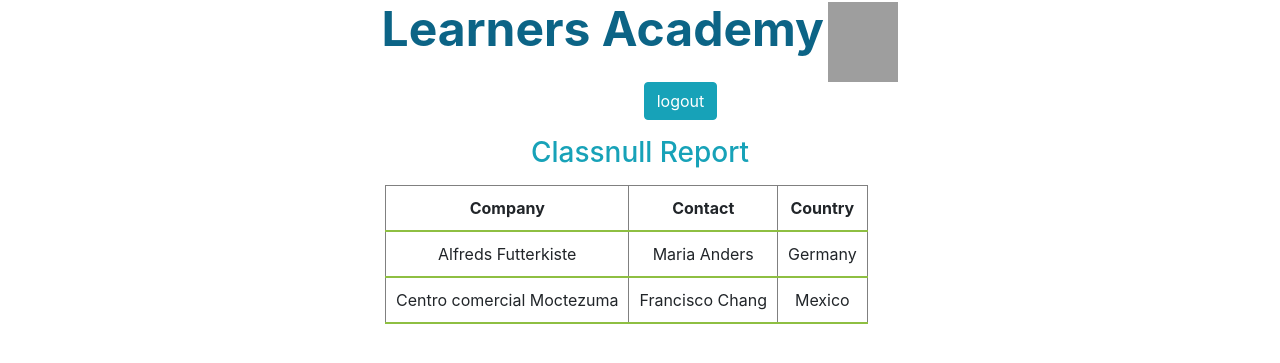
Repository: sindurup/Phase2Project
Page: http://localhost/LearnersAcademyPro/classReport.jsp
An editor plug-in stored every save of this project. The page is shown before and after the next save, followed by the edit.
The browser window is 1280 px wide. The pictures show the whole page.
Pictures or frames that could not be fetched are drawn as grey boxes. Some web libraries are served in a nearby version. The page is served by Tomcat 9. Other server files are loaded and not shown.

Above is the page before, as saved 2021-09-29 04:17:27.
Console error: TypeError: Cannot read properties of undefined (reading 'fn')

### LearnersAcademyPro/src/main/webapp/classReport.jsp
<%@ page language="java" contentType="text/html; charset=ISO-8859-1"
    pageEncoding="ISO-8859-1"%>
<!DOCTYPE html>


<html>
<link href="//maxcdn.bootstrapcdn.com/bootstrap/4.1.1/css/bootstrap.min.css" rel="stylesheet" id="bootstrap-css">
<script src="//maxcdn.bootstrapcdn.com/bootstrap/4.1.1/js/bootstrap.min.js"></script>
<script src="//cdnjs.cloudflare.com/ajax/libs/jquery/3.2.1/jquery.min.js"></script>

<head>
<meta charset="ISO-8859-1">
<title>Learners Academy</title>
<style>
      table {
        border-collapse: collapse;
      }
      td,
      th {
        padding: 10px;
        border-bottom: 2px solid #8ebf42;
        text-align: center;
      }
    </style>
</head>
<body>

<div align="center"><label ><h1 class="text-center text-info"><font color="0C6486" size="50px"><b>Learners Academy</b></font></h1></label>
 <img src="D:\Phase2Project\LearnersAcademyPro\1.png" style="width:70px;height:80px;" align="middle"></div>
   <div class="form-group" align="center" >
   <form id="logout" class="form" action="logout" method="post">

    &nbsp;&nbsp;&nbsp;&nbsp;&nbsp;&nbsp;&nbsp;&nbsp;&nbsp;&nbsp;&nbsp;&nbsp;&nbsp;&nbsp;&nbsp;&nbsp;&nbsp; <input type="submit" name="submit" class="btn btn-info btn-md" value="logout">
    </form>
                            </div>
    <div id="login">
      <h3 class="text-center text-info">Class<%=request.getParameter("cls") %> Report</h3>

        <div class="container">

            <div id="login-row" class="row justify-content-center align-items-center">
                <div id="login-column" class="col-md-6">
                    <div id="login-box" class="col-md-12">



                     <form id="clsReport" class="form" action=""  name="clsReport" >
                            <h3 class="text-info"></h3>
                            <div class="form-group">


                             <table border="1" background-color="#ceeced">
  <tr background-color="#ceeced">
    <th>Company</th>
    <th>Contact</th>
    <th>Country</th>
  </tr>
  <tr>
    <td>Alfreds Futterkiste</td>
    <td>Maria Anders</td>
    <td>Germany</td>
  </tr>
  <tr>
    <td>Centro comercial Moctezuma</td>
    <td>Francisco Chang</td>
    <td>Mexico</td>
  </tr>
</table>

                            </div>

                            <div class="form-group">


                            </div>

                        </form>



                    </div>
                </div>
            </div>
        </div>
    </div>
</body>
</html>

After the next save:
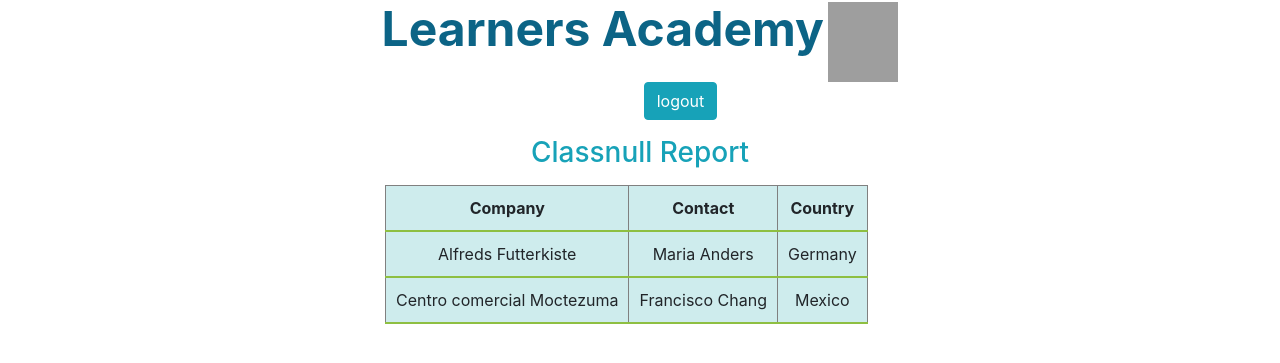
Saved 84 s later.
--- a/LearnersAcademyPro/src/main/webapp/classReport.jsp
+++ b/LearnersAcademyPro/src/main/webapp/classReport.jsp
@@ -20,6 +20,7 @@
         padding: 10px;
         border-bottom: 2px solid #8ebf42;
         text-align: center;
+        background-color: #ceeced;
       }
     </style>
 </head>
